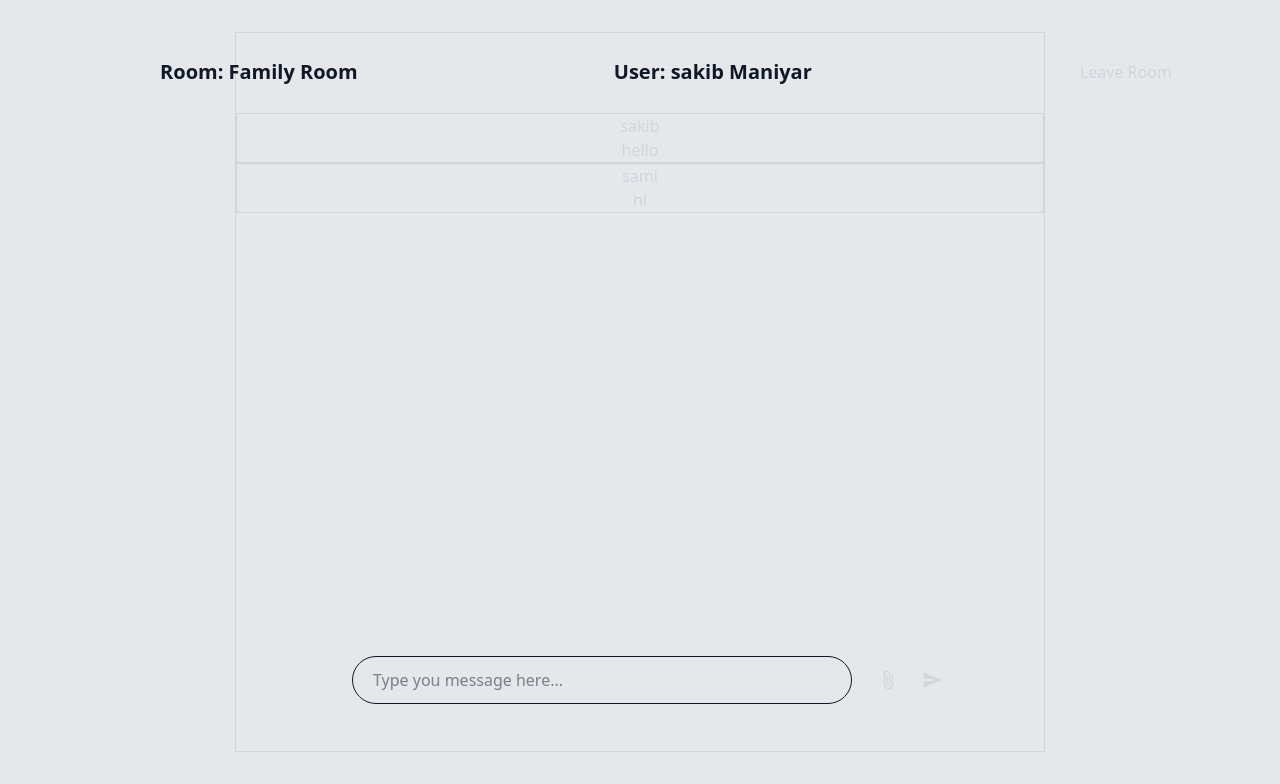
Repository: Saquib45/ChatApplication
Page: /chat (app in front-chat/)
The author's editor kept a copy of each file at every save. The page is drawn from the files as they stood at one save, then again after the next save.
The browser window is 1280 px wide. The pictures show the whole page.
The project was rebuilt for these pictures with package versions that can differ from the ones it lists, and the page was loaded fresh each time. Also part of the build but not shown: front-chat/vite.config.js, front-chat/src/components/JoinCreateChat.jsx, front-chat/src/App.jsx.

Above is the page before, as saved 2025-04-12 21:57:04.

After the next save:
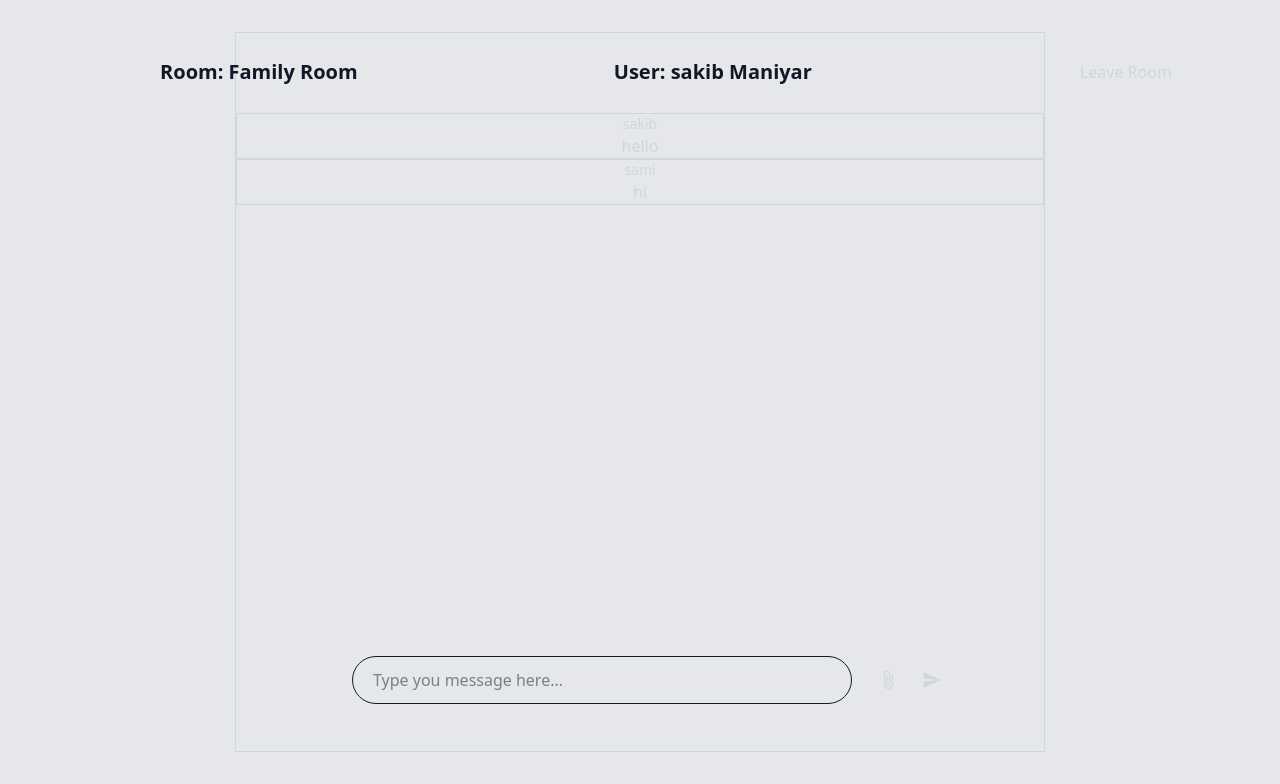
Saved 5 s later.
--- a/front-chat/src/components/ChatPage.jsx
+++ b/front-chat/src/components/ChatPage.jsx
@@ -41,7 +41,7 @@ function ChatPage() {
                     messages.map((message,index)=>(
                         <div key={index} >
                             <div className="border">
-                                <p className="text">{message.sender}</p>
+                                <p className="text-sm">{message.sender}</p>
                                 <p>{message.content}</p>
                             </div>
                         </div>
